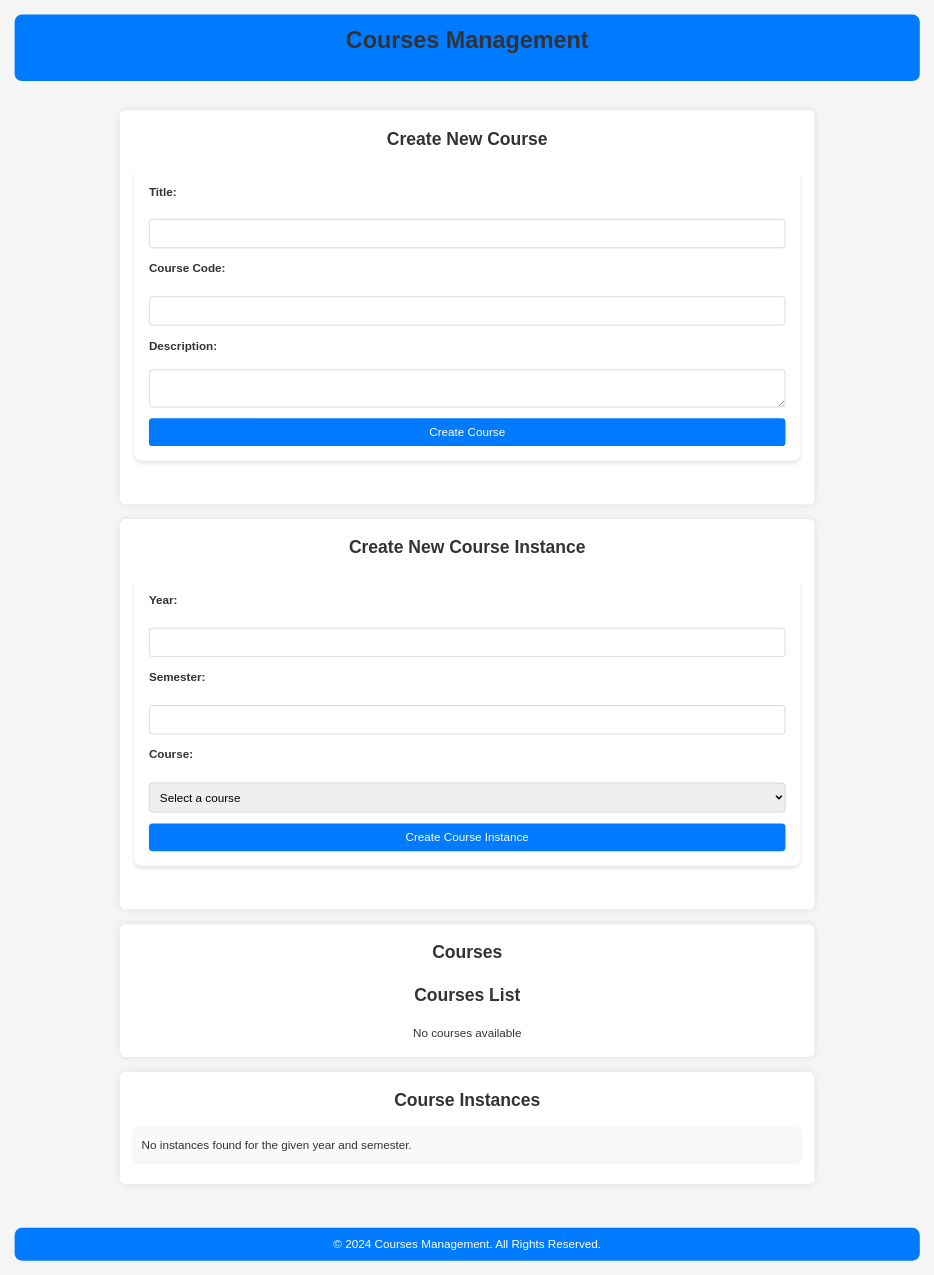
Repository: Rajdeep00-bit/Course_frontend
Page: /
These files come from the project's save history. The page is drawn as it stood at one moment and after the next save; the edit follows.
The browser window is 1280 px wide. The pictures show the whole page, at 73% of full size.
The page's requests for data from a server got no answer. The project was rebuilt for these pictures with package versions that can differ from the ones it lists, and the page was loaded fresh each time. No one was signed in, and anything a server would have sent is missing. Also part of the build but not shown: src/components/CourseInstanceDetails.js.

Above is the page before, as saved 2024-09-12 08:22:57.

After the next save:
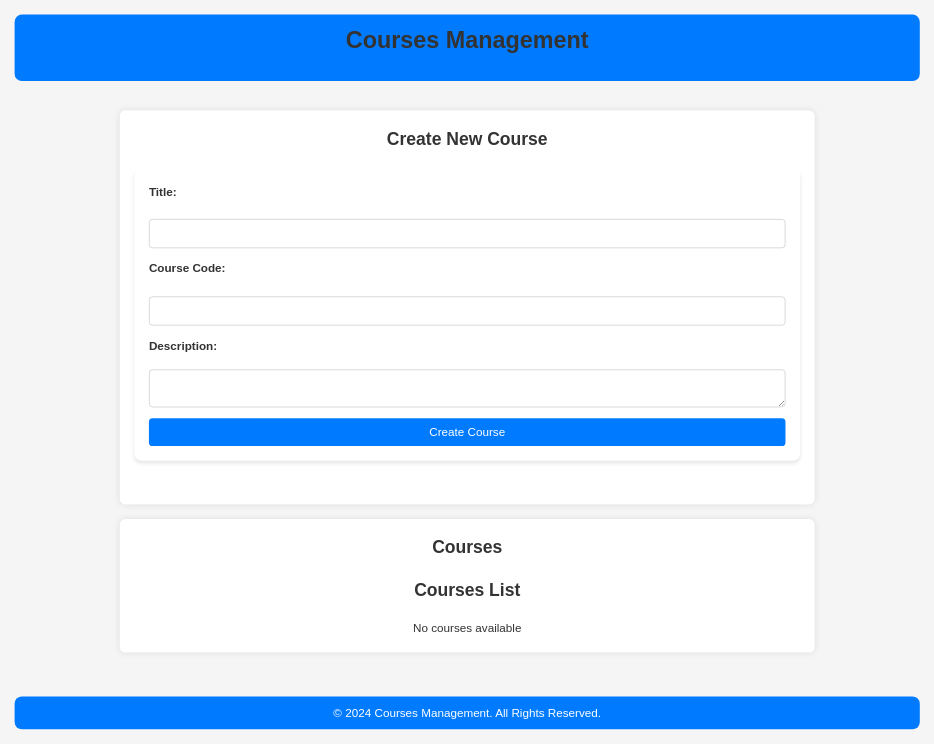
Saved 56 s later.
--- a/src/App.js
+++ b/src/App.js
@@ -12,11 +12,10 @@ function App() {
   const [year, setYear] = useState('');  // Initialize as string
   const [semester, setSemester] = useState('');  // Initialize as string
   const [selectedInstance, setSelectedInstance] = useState(null);
-  const [fetchNewCourse, setFetchNewCourse] = useState(true);
 
   // Fetch all courses
   const fetchCourses = () => {
-    console.log('Fetching courses...');  // Log to verify it's being called
+    console.log('Fetching courses...');
     fetch('http://127.0.0.1:8000/api/courses/')
       .then((response) => {
         if (!response.ok) {
@@ -25,7 +24,7 @@ function App() {
         return response.json();
       })
       .then((data) => {
-        console.log('Fetched courses:', data);  // Log the fetched courses
+        console.log('Fetched courses:', data);
         setCourses(data);
       })
       .catch((error) => {
@@ -34,23 +33,9 @@ function App() {
       });
   };
 
-
-  // View course details
-  const viewCourseDetails = (id) => {
-    const cleanId = id.toString().trim();  // This will remove any newlines or spaces
-    fetch(`http://127.0.0.1:8000/api/courses/${cleanId}/`)
-      .then(response => response.json())
-      .then(data => {
-        console.log('Course details:', data);
-      })
-      .catch(error => {
-        console.error('Error fetching course details:', error);
-      });
-  };
-
   // Handle course instance creation
   const handleInstanceCreated = () => {
-    fetchInstances();  // Refresh the list after a new instance is created
+    fetchInstances();
   };
 
   // Delete a course
@@ -64,9 +49,8 @@ function App() {
     })
       .then((response) => {
         if (response.ok) {
-          const updatedCourses = courses.filter((course) => course.id !== id);
-          setCourses(updatedCourses);  // Update state
           alert("Course deleted successfully.");
+          fetchCourses();  // Refresh the course list
         } else {
           return response.json().then((err) => Promise.reject(err));
         }
@@ -77,78 +61,10 @@ function App() {
       });
   };
 
-  // Fetch course instances based on year and semester
-  const fetchInstances = () => {
-    if (!year || !semester) return;
-
-    fetch(`http://127.0.0.1:8000/api/instances/${year}/${semester}/`)
-      .then((response) => {
-        if (!response.ok) {
-          throw new Error(`Error: ${response.status} ${response.statusText}`);
-        }
-        return response.json();
-      })
-      .then((data) => setInstances(data))
-      .catch((error) => {
-        console.error('Error fetching instances:', error);
-        alert(`Failed to fetch instances: ${error.message}`);
-      });
-  };
-
-  // View course instance details
-  const viewInstanceDetails = (id) => {
-    if (!year || !semester) {
-      alert("Year and semester must be set to fetch instance details.");
-      return;
-    }
-
-    fetch(`http://127.0.0.1:8000/api/instances/${year}/${semester}/${id}/`)
-      .then((response) => {
-        if (!response.ok) {
-          throw new Error(`Error: ${response.status} ${response.statusText}`);
-        }
-        return response.json();
-      })
-      .then((data) => setSelectedInstance(data))
-      .catch((error) => {
-        console.error('Error fetching instance details:', error);
-        alert("Failed to fetch instance details. Make sure the instance exists.");
-      });
-  };
-
-  // Delete a course instance
-  const deleteInstance = (id) => {
-    if (!window.confirm("Are you sure you want to delete this course instance?")) {
-      return;
-    }
-
-    fetch(`http://127.0.0.1:8000/api/instances/${id}/`, {
-      method: 'DELETE',
-    })
-      .then((response) => {
-        if (!response.ok) {
-          throw new Error(`Error: ${response.status} ${response.statusText}`);
-        }
-        // Remove the deleted instance from state
-        const updatedInstances = instances.filter((instance) => instance.id !== id);
-        setInstances(updatedInstances);
-        alert("Instance deleted successfully.");
-      })
-      .catch((error) => {
-        console.error('Error deleting instance:', error);
-        alert(`Failed to delete the instance: ${error.message}`);
-      });
-  };
-
   // Fetch courses on component mount
   useEffect(() => {
     fetchCourses();
   }, []);
-
-  // Re-fetch instances whenever year/semester changes
-  useEffect(() => {
-    fetchInstances();
-  }, [year, semester]);
 
   return (
     <div className="App">
@@ -160,54 +76,14 @@ function App() {
         {/* Section for Creating a New Course */}
         <section className="section">
           <h2>Create New Course</h2>
-          <CourseForm onCourseCreated={fetchCourses} setFetchNewCourse={setFetchNewCourse} />
-        </section>
-
-        {/* Section for Creating a New Course Instance */}
-        <section className="section">
-          <h2>Create New Course Instance</h2>
-          <CourseInstanceForm
-            onInstanceCreated={handleInstanceCreated}
-            year={year}
-            semester={semester}
-            setYear={setYear}
-            setSemester={setSemester}
-            fetchNewCourse={fetchNewCourse}
-            setFetchNewCourse={setFetchNewCourse}
-            fetchInstances={fetchInstances}
-          />
+          <CourseForm onCourseCreated={fetchCourses} />
         </section>
 
         {/* Section for Displaying the List of Courses */}
         <section className="section">
           <h2>Courses</h2>
-          <CourseList courses={courses} fetchCourses={fetchCourses} deleteCourse={deleteCourse} />
+          <CourseList courses={courses} deleteCourse={deleteCourse} />
         </section>
-
-        {/* Section for Displaying the List of Course Instances */}
-        <section className="section">
-          <h2>Course Instances</h2>
-          <CourseInstanceList
-            instances={instances}
-            fetchInstances={fetchInstances}
-            year={year}
-            semester={semester}
-            viewInstanceDetails={viewInstanceDetails}
-            deleteInstance={deleteInstance}
-          />
-        </section>
-
-        {/* Section for Displaying Selected Course Instance Details */}
-        {selectedInstance && (
-          <section className="section">
-            <h2>Course Instance Details</h2>
-            <CourseInstanceDetails
-              instance={selectedInstance}
-              fetchInstances={fetchInstances}
-            />
-            <button onClick={() => deleteInstance(selectedInstance.id)}>Delete Instance</button> {/* Delete Button */}
-          </section>
-        )}
       </div>
 
       <footer className="footer">
